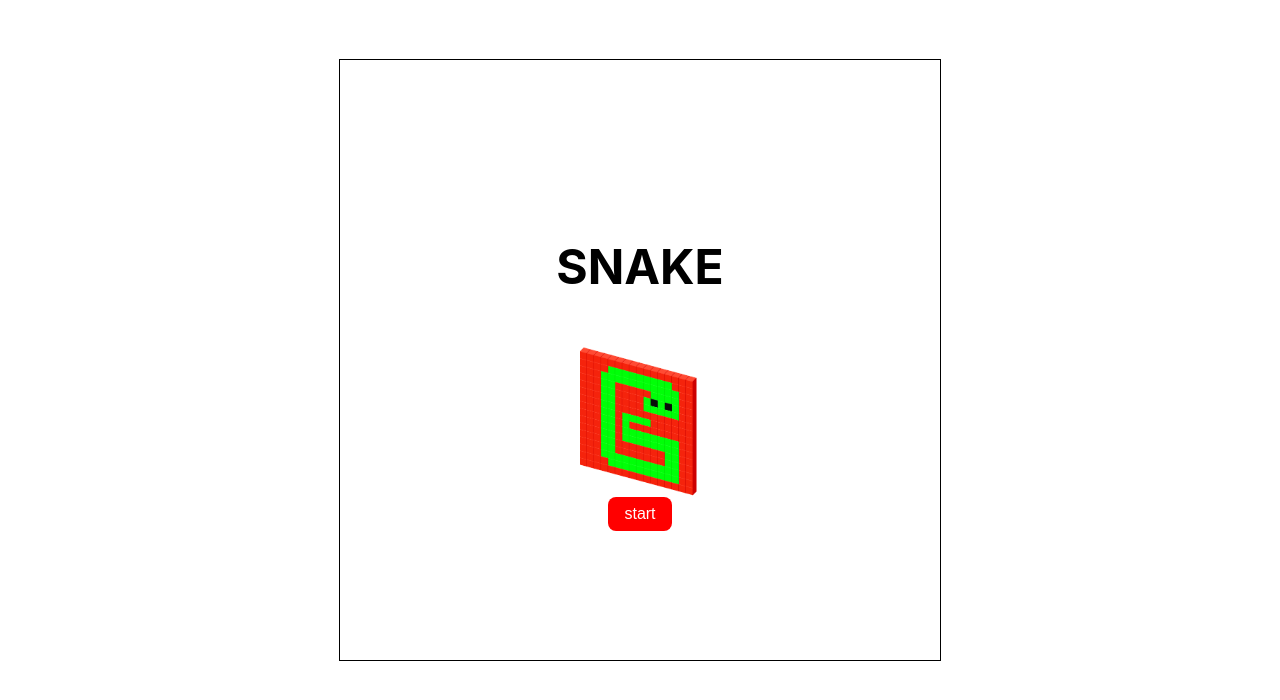
Repository: meills/react-snake
Page: /
The author's editor kept a copy of each file at every save. The page is drawn from the files as they stood at one save, then again after the next save.
The browser window is 1280 px wide. The pictures show the whole page.
The project was rebuilt for these pictures with package versions that can differ from the ones it lists, and the page was loaded fresh each time. Also part of the build but not shown: src/components/Snakeboard.js, src/styles/App.css.

Above is the page before, as saved 2020-06-15 18:09:50.

After the next save:
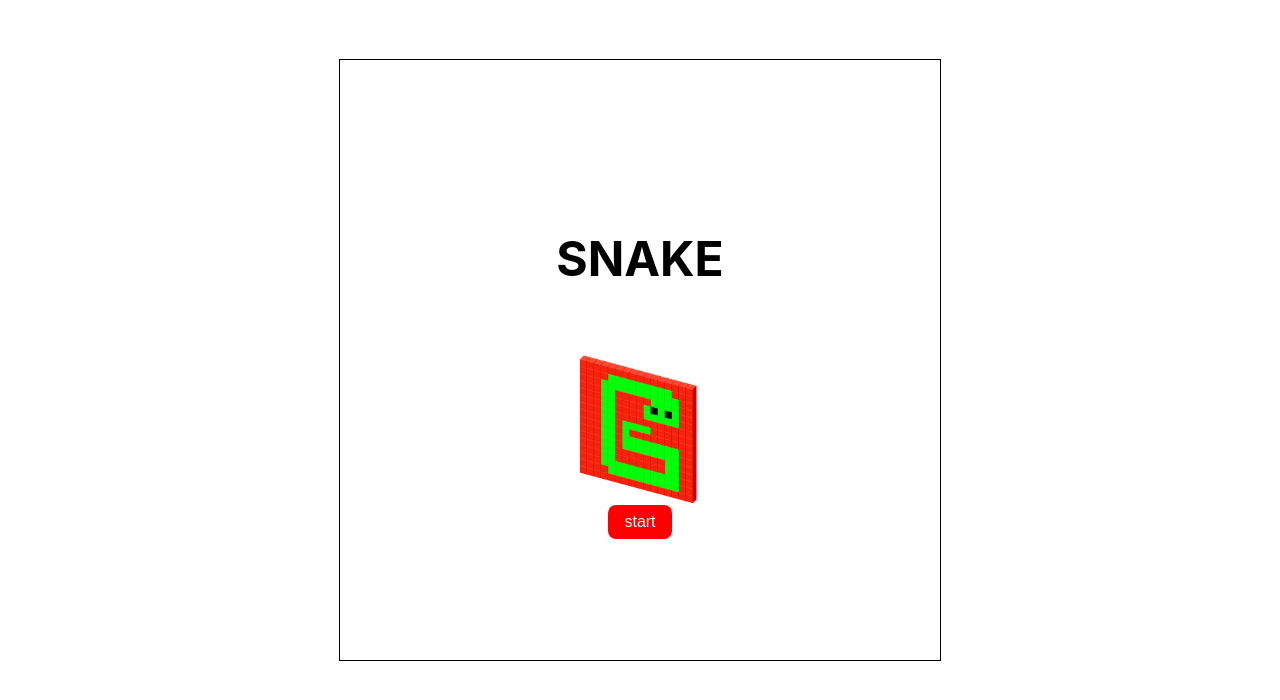
Saved 30 s later.
--- a/src/styles/snakeboard.css
+++ b/src/styles/snakeboard.css
@@ -66,5 +66,6 @@ button {
 }
 
 .snake-image {
+    margin-top: 1em;
     max-width: 20%;
 }
